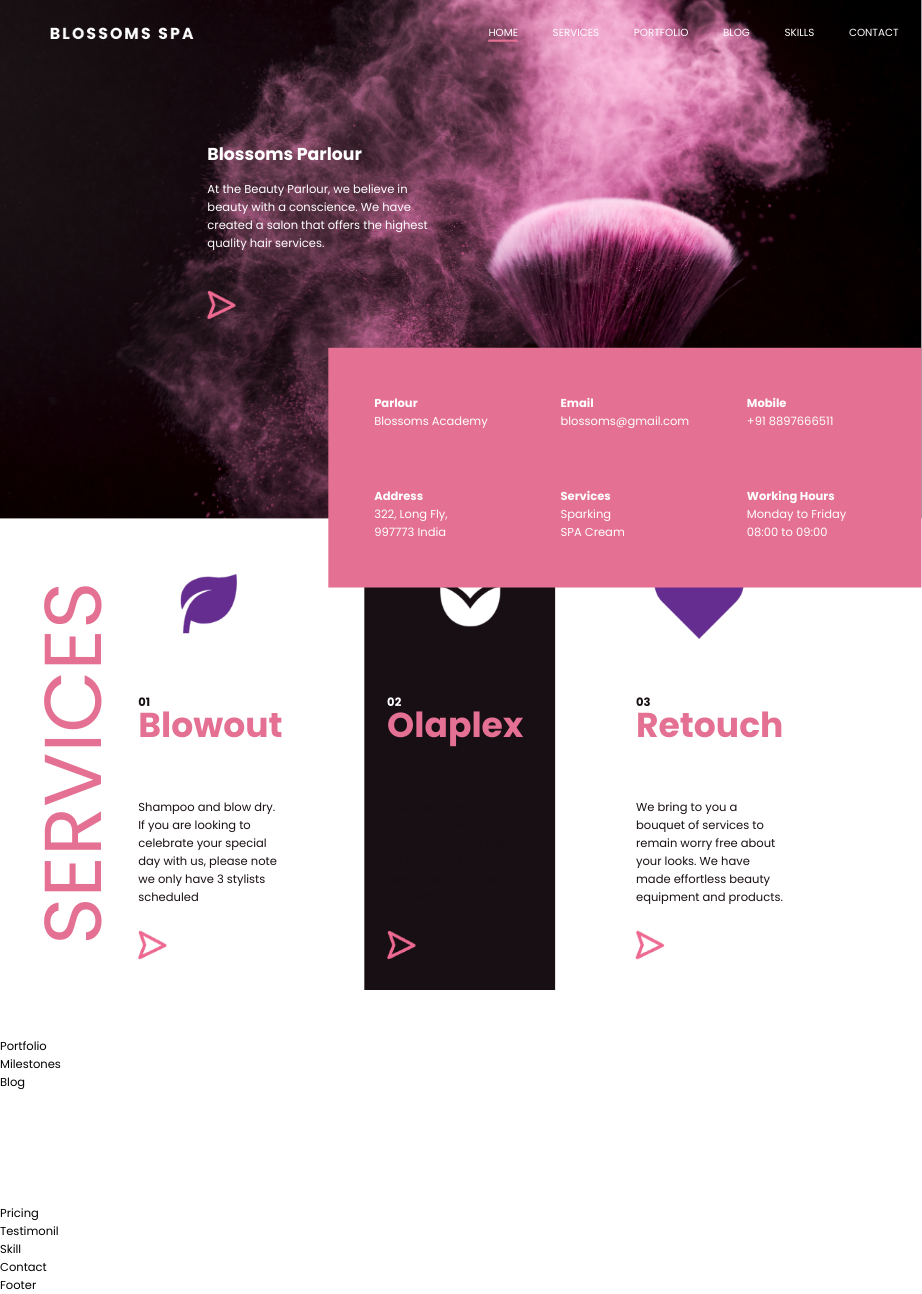
Repository: OmniaRafat232111121/animateSalon
Page: /
The author's editor kept a copy of each file at every save. The page is drawn from the files as they stood at one save, then again after a run of saves.
The browser window is 1280 px wide. The pictures show the whole page, at 72% of full size.
The project was rebuilt for these pictures with package versions that can differ from the ones it lists, and the page was loaded fresh each time. Also part of the build but not shown: src/components/ScrollTop.jsx.

Above is the page before, as saved 2022-07-26 03:23:37.

After the next 2 saves:
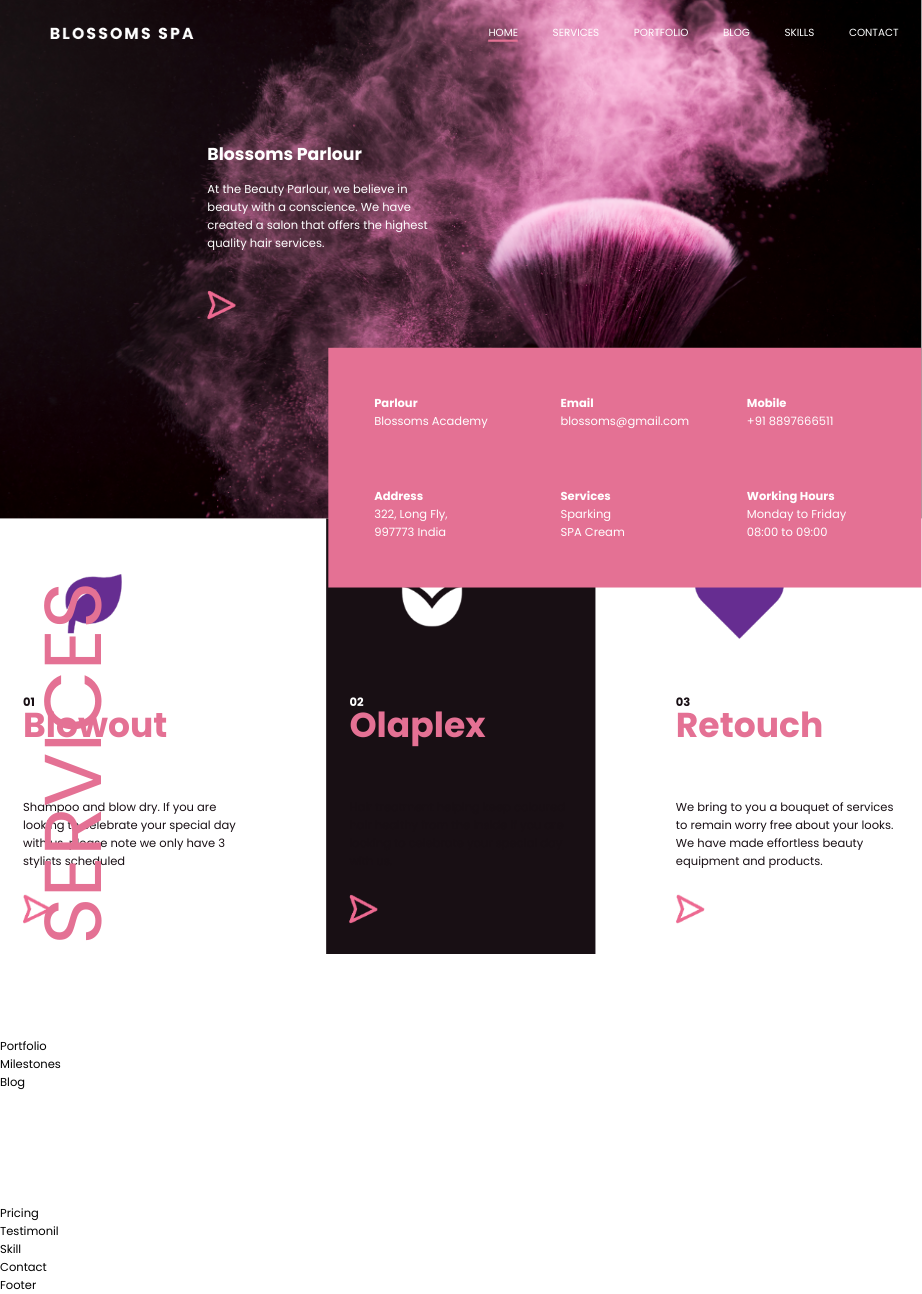
The 2 saves are shown as one change because they came seconds apart.
The last was saved 6 s later.
--- a/src/components/Services.jsx
+++ b/src/components/Services.jsx
@@ -66,7 +66,7 @@ min-height:100vh;
   gap:5rem;
   align-items:center;
   height:100%;
-  margin:0 10rem;
+  margin:0 rem;
 
   &__service{
     padding:2rem;
